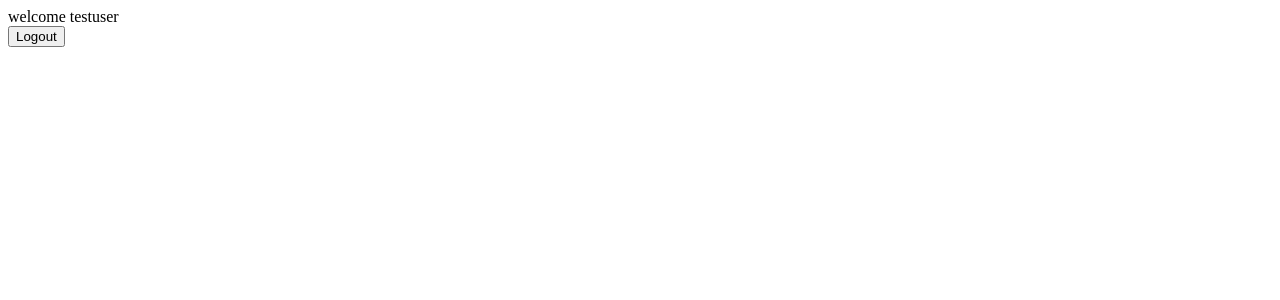
Repository: touhid-jisan/jsp-jdbc-servlet
Page: http://localhost/login-using-servlet/welcome.jsp
These files come from the project's save history. The page is drawn as it stood at one moment and after the next save; the edit follows.
The browser window is 1280 px wide. The pictures show the whole page.
The page is served by Tomcat 9. The session is filled in as if someone had signed in: {"username": "testuser"}.

Above is the page before, as saved 2019-12-30 08:53:55.

After the next save:
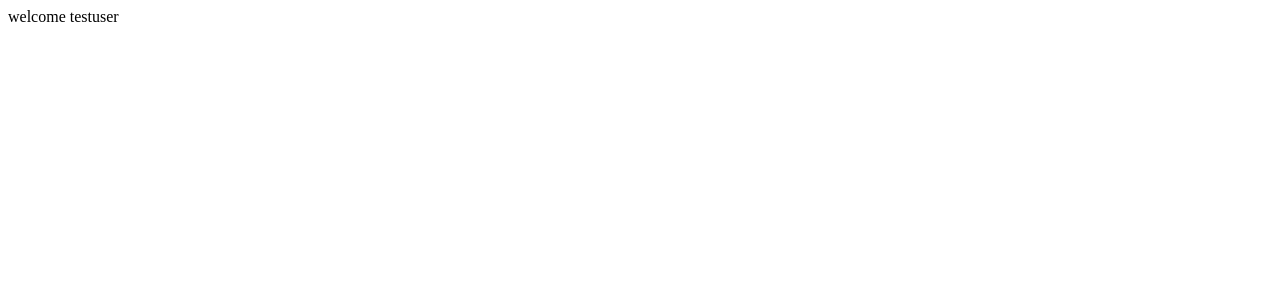
Saved 18 min 30 s later.
--- a/login-using-servlet/WebContent/welcome.jsp
+++ b/login-using-servlet/WebContent/welcome.jsp
@@ -14,7 +14,7 @@
 
 %>
 welcome ${username}
-<form action="LoginServlet?action=logout">
+<form action="LoginServlet?action=logout" method="post>
 	<input type="submit" value="Logout">
 </form>
 </body>

After the save that followed:
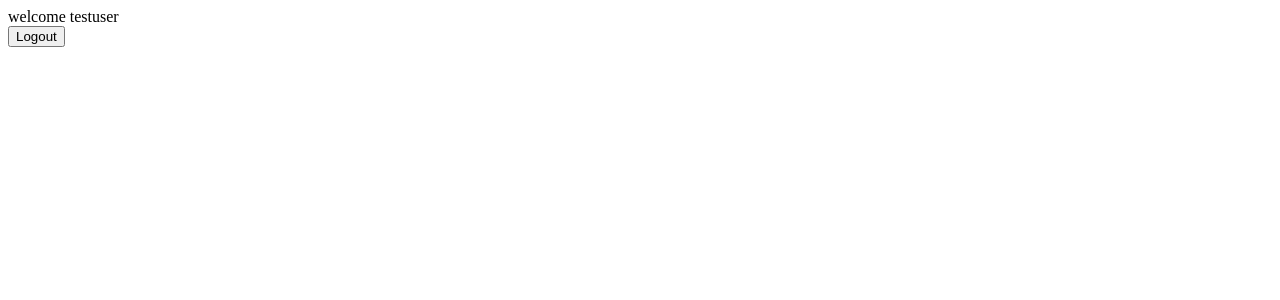
Saved 2 min 51 s later.
--- a/login-using-servlet/WebContent/welcome.jsp
+++ b/login-using-servlet/WebContent/welcome.jsp
@@ -14,7 +14,7 @@
 
 %>
 welcome ${username}
-<form action="LoginServlet?action=logout" method="post>
+<form action="LoginServlet?action=logout" method="post">
 	<input type="submit" value="Logout">
 </form>
 </body>
